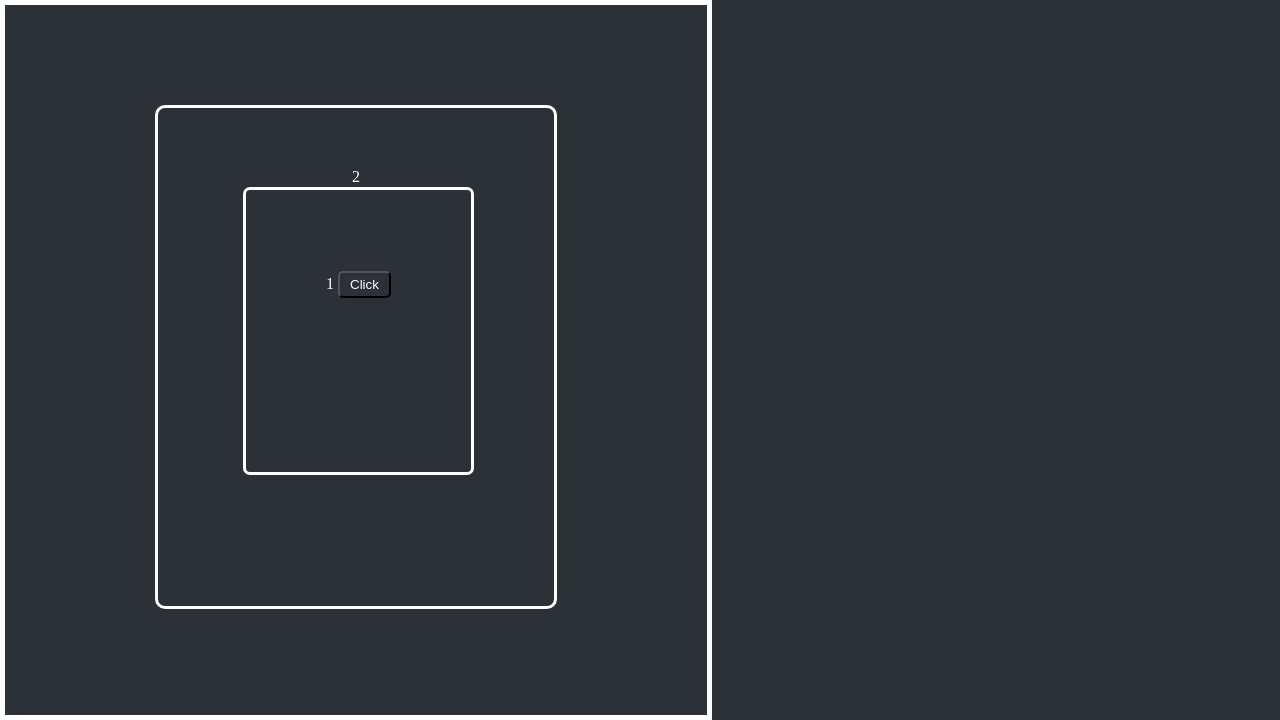
Repository: wakoya-tech/react-project
Page: Desktop/shaakala/hara/index.html
These files come from the project's save history. The page is drawn as it stood at one moment and after the next save; the edit follows.
The browser window is 1280 px wide. The pictures show the whole page.
After loading, the first visible `button` was clicked once.

Above is the page before, as saved 2025-08-29 19:39:59.

### Desktop/shaakala/hara/index.html
<!DOCTYPE html>
<html lang="en">
<head>
    <meta charset="UTF-8">
    <meta name="viewport" content="width=device-width, initial-scale=1.0">
    <title>Document</title>
</head>
<style>
    *{
        box-sizing: border-box;
        margin: 0;
        padding: 0;

    }
    body{
        border: 5px solid white;
        position: fixed;
        height: 100vh;
        background-color: rgb(43, 49, 54);
      overflow: hidden;
    }
    .div2 {

        border: 3px solid white;
        margin: 100px 150px 10px 150px;
        color: white;

        text-align: center;
        justify-items: center;
        height: 70vh;
        padding-top: 60px;
        border-radius: 10px;

    }
    .div1{
        border: 3px solid white;
        margin: 1px 80px 90px 85px;
        color: white;
        padding: 80px 80px 60px 80px;
        height: 40vh;
        text-align: center;
        align-items: center;
        border-radius: 7px;
    }
    button {
        text-align: center;
        align-items: center;
        background-color: rgb(43, 49, 54);
        color: white;
        padding: 4px 10px 4px 10px;
        border-radius: 5px;
        margin-top: 1px;
    }

</style>
<body>

    <div class="div2">
        2
        <div class="div1">
            1
            <button>Click</button>
        </div>
    </div>
    <script src="../hara/script.js"></script>
</body>
</html>

### Desktop/shaakala/hara/script.js
window.addEventListener("click", function(){
    console.log('window');
},true);
document.addEventListener("click", function(){
    console.log('Document');
},true);
document.querySelector('.div2').addEventListener("click", function(){
    console.log('DIV 2');
},true);
document.querySelector('.div2').addEventListener("click", function(){
    console.log('DIV 2');
},true);
document.querySelector('.div1').addEventListener("click", function(){
    console.log('DIV 1');
},true);
("click",function(e){
    console.log(e);
},true);
document.querySelector("button").addEventListener("click",function(e){
    console.log(e.target);
})

After the next save:
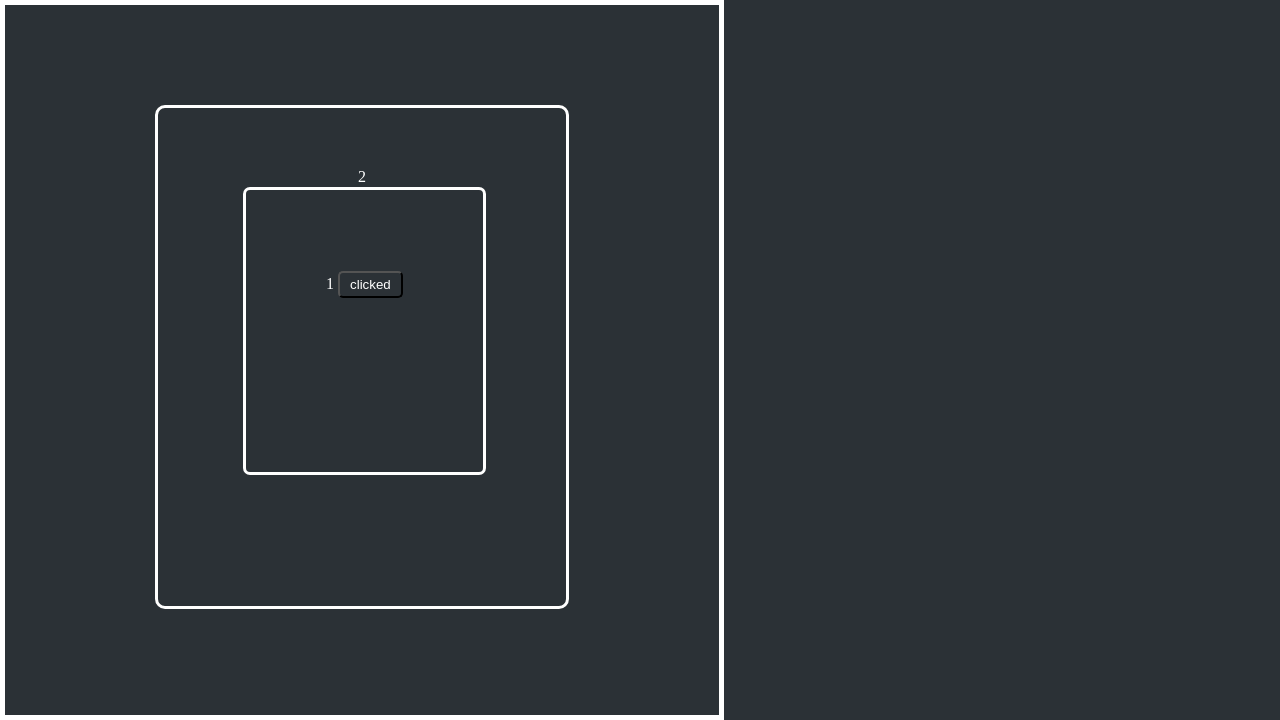
Saved 5 min 1 s later.
--- a/Desktop/shaakala/hara/script.js
+++ b/Desktop/shaakala/hara/script.js
@@ -17,5 +17,5 @@ document.querySelector('.div1').addEventListener("click", function(){
     console.log(e);
 },true);
 document.querySelector("button").addEventListener("click",function(e){
-    console.log(e.target);
-})
+    console.log(e.target.innerText = 'clicked');
+},true);
